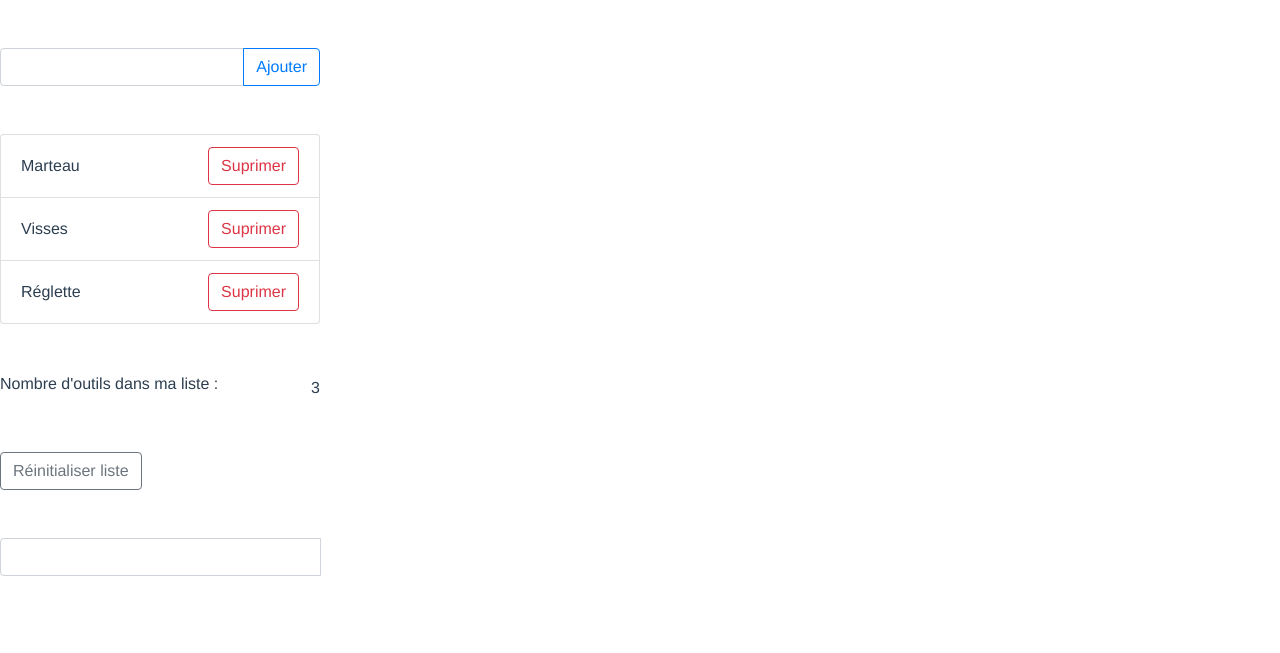
Repository: corentin-e-student/test-vue
Page: /
An editor plug-in stored every save of this project. The page is shown before and after the next save, followed by the edit.
The browser window is 1280 px wide. The pictures show the whole page.
The project was rebuilt for these pictures with package versions that can differ from the ones it lists, and the page was loaded fresh each time. Also part of the build but not shown: vue.config.js.

Above is the page before, as saved 2023-03-09 14:22:19.

After the next save:
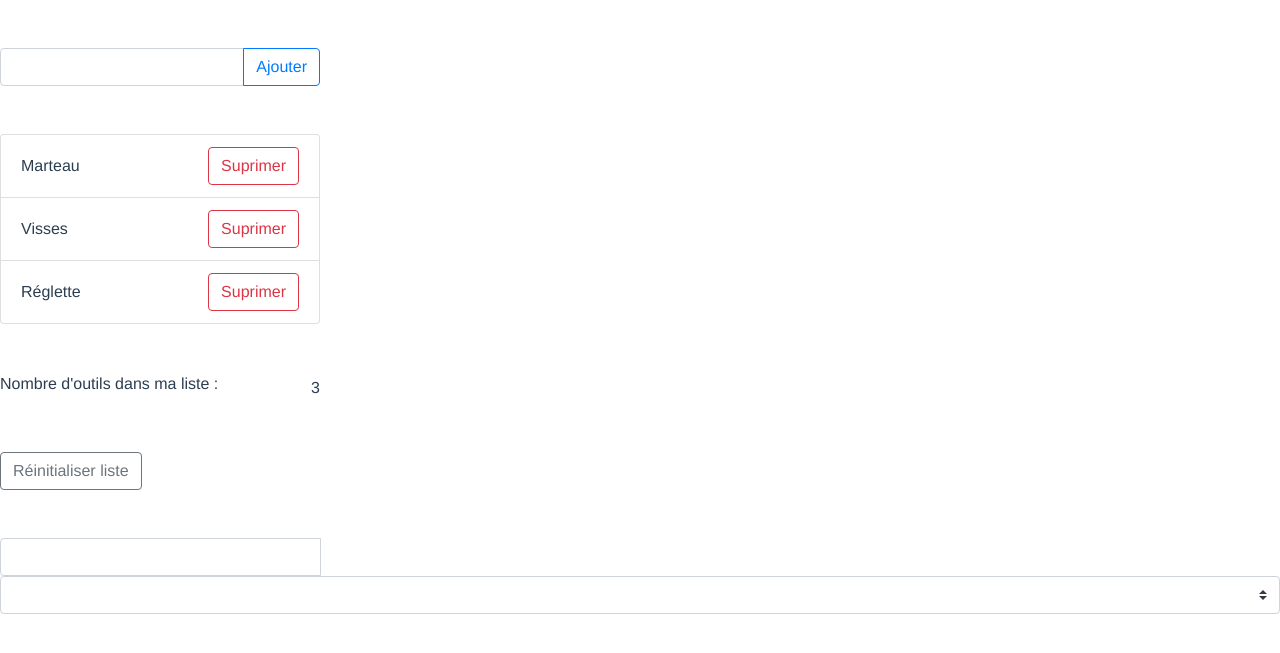
Saved 33 s later.
--- a/src/views/HomeView.vue
+++ b/src/views/HomeView.vue
@@ -6,6 +6,7 @@
     <AddToolField/>
     <ToolsList @resetChange="resetTodoList"/>
     <AddSiretFieldInput/>
+    <SelectCountry/>
   </div>
 </template>
 
@@ -16,6 +17,7 @@ import AddToolField from '@/components/AddToolField.vue'
 import AddSiretFieldInput from '@/components/AddSiretFieldInput.vue'
 import ToolsList from '@/components/ToolsList.vue'
 import { mapActions, mapMutations } from 'vuex'
+import SelectCountry from '@/components/SelectCountry.vue'
 
 export default {
   name: 'HomeView',
@@ -29,9 +31,11 @@ methods: {
   ...mapActions("todo", [ "resetList"]),
 },
 components: {
+  SelectCountry,
   AddToolField,
   AddSiretFieldInput,
-  ToolsList
+  ToolsList,
+  SelectCountry
 }
 }
 </script>
